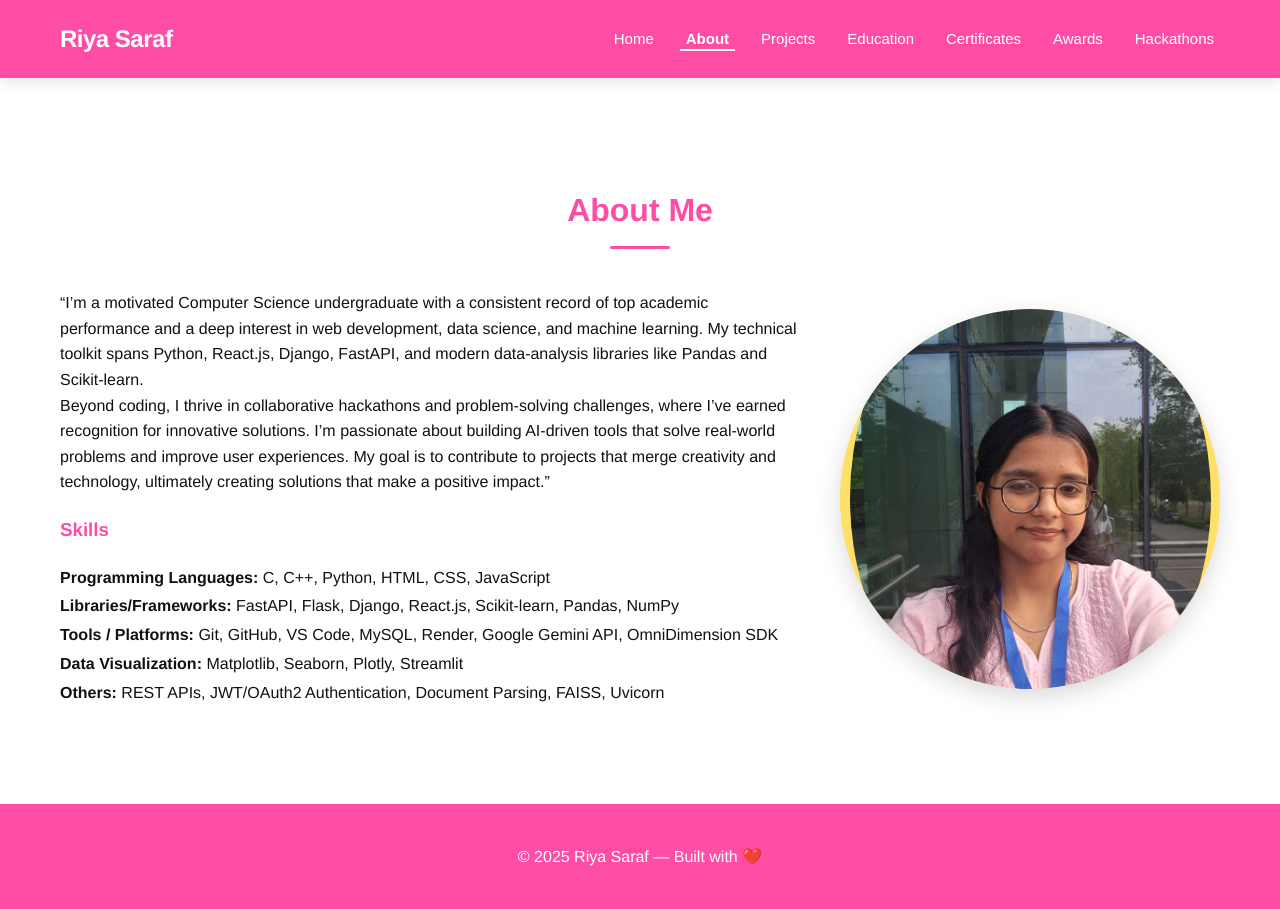
Repository: riyaaaa19/riya-portfolio
Page: /, after clicking the first element matching `nav > :nth-child(2)`
An editor plug-in stored every save of this project. The page is shown before and after the next save, followed by the edit.
The browser window is 1280 px wide. The pictures show the whole page.
The project was rebuilt for these pictures with package versions that can differ from the ones it lists, and the page was loaded fresh each time. Also part of the build but not shown: src/components/TimelineCard.js.

Above is the page before, as saved 2025-09-14 15:07:16.

After the next save:
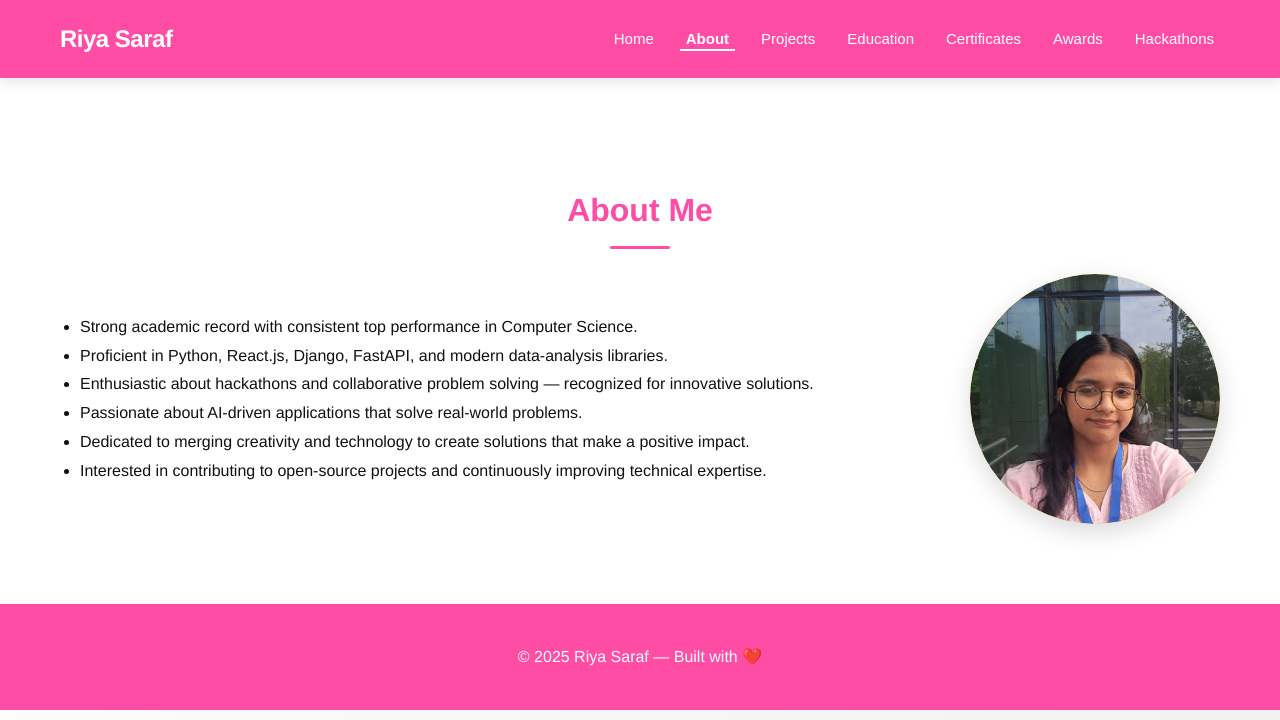
Saved 98 s later.
--- a/src/App.js
+++ b/src/App.js
@@ -190,39 +190,34 @@ export default function RiyaSarafPortfolio() {
 
       {/* ===== About Section ===== */}
       {activePage === "about" && (
-        <section className="about-section">
-          <h2>About Me</h2>
-          <div style={{ display: "flex", flexWrap: "wrap", gap: "40px", alignItems: "center" }}>
-            <div style={{ flex: 1, minWidth: "280px" }}>
-              <p>
-                “I’m a motivated Computer Science undergraduate with a consistent record of top academic performance and a deep interest in web development,
-                data science, and machine learning.
-                My technical toolkit spans Python, React.js, Django, FastAPI, and modern data-analysis libraries like Pandas and Scikit-learn.
-                <br />
-                Beyond coding, I thrive in collaborative hackathons and problem-solving challenges,
-
-                where I’ve earned recognition for innovative solutions.
-
-                I’m passionate about building AI-driven tools that solve real-world problems and improve user experiences.
-                My goal is to contribute to projects that merge creativity and technology, ultimately creating solutions that make a positive impact.”
-              </p>
-              <h3 style={{ color: "#ff4da6", marginTop: "20px" }}>Skills</h3>
-              <ul style={{ listStyle: "none", padding: 0, lineHeight: "1.8" }}>
-                <li><strong>Programming Languages:</strong> C, C++, Python, HTML, CSS, JavaScript</li>
-                <li><strong>Libraries/Frameworks:</strong> FastAPI, Flask, Django, React.js, Scikit-learn, Pandas, NumPy</li>
-                <li><strong>Tools / Platforms:</strong> Git, GitHub, VS Code, MySQL, Render, Google Gemini API, OmniDimension SDK</li>
-                <li><strong>Data Visualization:</strong> Matplotlib, Seaborn, Plotly, Streamlit</li>
-                <li><strong>Others:</strong> REST APIs, JWT/OAuth2 Authentication, Document Parsing, FAISS, Uvicorn</li>
-              </ul>
-            </div>
-            <div style={{ flex: "0 0 300px", display: "flex", justifyContent: "center" }}>
-              <div className="avatar-circle">
-                <img src="/images/about.png" alt="About Riya" />
-              </div>
-            </div>
-          </div>
-        </section>
-      )}
+  <section className="about">
+    <h2>About Me</h2>
+    <div className="about-container" style={{ display: "flex", alignItems: "center", gap: "40px", flexWrap: "wrap" }}>
+      {/* ✅ Left Side: Text Points */}
+      <ul style={{ flex: 1, listStyle: "disc", paddingLeft: "20px", lineHeight: "1.8" }}>
+        <li>Strong academic record with consistent top performance in Computer Science.</li>
+        <li>Proficient in Python, React.js, Django, FastAPI, and modern data-analysis libraries.</li>
+        <li>Enthusiastic about hackathons and collaborative problem solving — recognized for innovative solutions.</li>
+        <li>Passionate about AI-driven applications that solve real-world problems.</li>
+        <li>Dedicated to merging creativity and technology to create solutions that make a positive impact.</li>
+        <li>Interested in contributing to open-source projects and continuously improving technical expertise.</li>
+      </ul>
+
+      {/* ✅ Right Side: About Image */}
+      <div className="about-img" style={{ flex: "0 0 250px", textAlign: "center" }}>
+        <div className="avatar-circle" style={{ width: "250px", height: "250px", margin: "0 auto" }}>
+          <img
+            src="/images/about.png"
+            alt="About Me"
+            style={{ width: "100%", height: "100%", borderRadius: "50%", objectFit: "cover" }}
+          />
+        </div>
+      </div>
+    </div>
+  </section>
+)}
+
+
 
       {/* ===== Other Sections Unchanged ===== */}
       {activePage === "projects" && (
